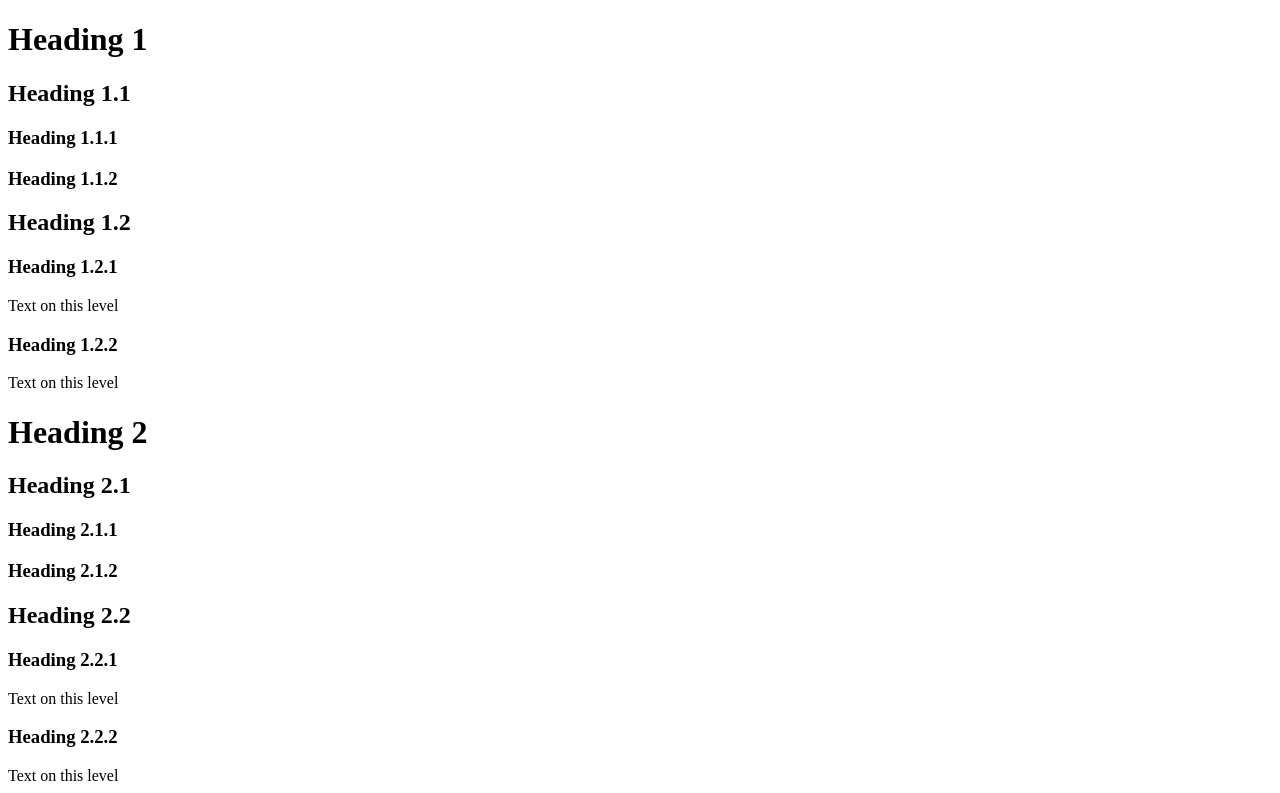
Repository: sammkrt/saltPrecourse
Page: html-trainingGround/index.html
An editor plug-in stored every save of this project. The page is shown before and after the next save, followed by the edit.
The browser window is 1280 px wide. The pictures show the whole page.

Above is the page before, as saved 2022-12-15 14:21:17.

### html-trainingGround/index.html
<!DOCTYPE html>
<html lang="en">
<head>
    <meta charset="UTF-8">
    <meta http-equiv="X-UA-Compatible" content="IE=edge">
    <meta name="viewport" content="width=device-width, initial-scale=1.0">
    <title>SALT HTML Training Ground</title>
</head>
<body>
    <h1>Heading 1</h1>
    <h2>Heading 1.1</h2>
    <h3>Heading 1.1.1</h3>
    <h3>Heading 1.1.2</h3>
    <h2>Heading 1.2</h2>
    <h3 id="first heading">Heading 1.2.1</h3>
    Text on this level
    <h3 id="second heading">Heading 1.2.2</h3>
    Text on this level
    <h1 class="large important">Heading 2</h1>
    <h2>Heading 2.1</h2>
    <h3>Heading 2.1.1</h3>
    <h3>Heading 2.1.2</h3>
    <h2>Heading 2.2</h2>
    <h3>Heading 2.2.1</h3>
    Text on this level
    <h3>Heading 2.2.2</h3>
    Text on this level
</body>
</html>

After the next save:
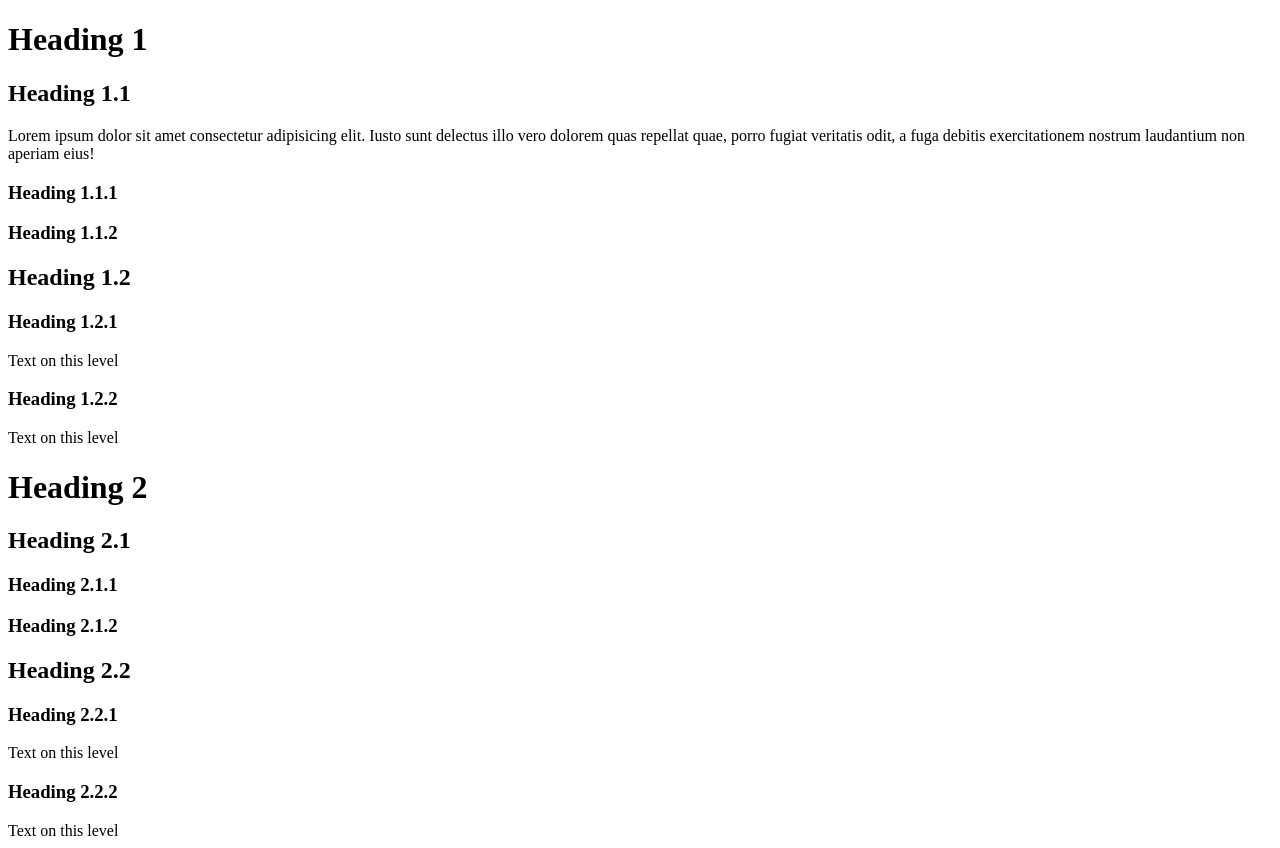
Saved 96 s later.
--- a/html-trainingGround/index.html
+++ b/html-trainingGround/index.html
@@ -9,6 +9,7 @@
 <body>
     <h1>Heading 1</h1>
     <h2>Heading 1.1</h2>
+    <p>Lorem ipsum dolor sit amet consectetur adipisicing elit. Iusto sunt delectus illo vero dolorem quas repellat quae, porro fugiat veritatis odit, a fuga debitis exercitationem nostrum laudantium non aperiam eius!</p>
     <h3>Heading 1.1.1</h3>
     <h3>Heading 1.1.2</h3>
     <h2>Heading 1.2</h2>
